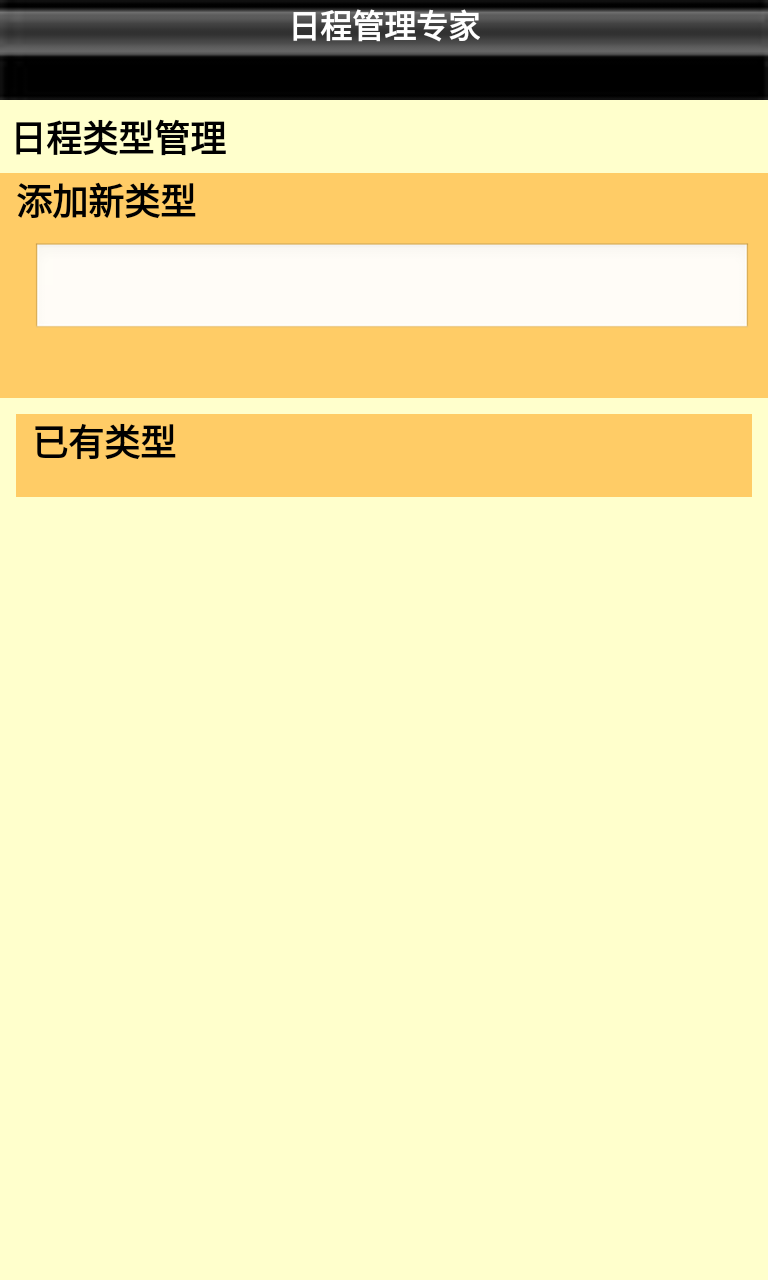
Repository: gogolaile/CoolWeather
Layout: DayDel/res/layout/add.xml
An editor plug-in stored every save of this project. The layout is shown before and after the next save, followed by the edit.
It is drawn on a 768 x 1280 px phone screen (xhdpi) without system bars, with theme android:Theme.NoTitleBar.Fullscreen; the app's code is not run. Lists and similar views that code fills are empty.

Above is the layout before, as saved 2015-12-05 10:00:12.

### DayDel/res/layout/add.xml
<LinearLayout xmlns:android="http://schemas.android.com/apk/res/android"
    android:layout_width="match_parent"
    android:layout_height="match_parent"
    android:background="#FFFFCC"
    android:orientation="vertical">

    <FrameLayout
        android:layout_width="match_parent"
        android:layout_height="50dp"
        android:background="@drawable/title">
    <TextView
        android:layout_width="wrap_content"
        android:layout_height="wrap_content"
        android:text="@string/day_manager"
        android:textSize="16sp"
        android:textColor="#FFFF"
        android:textStyle="bold"
        android:layout_gravity="center_horizontal"
        />
     </FrameLayout>
    <TextView
        android:layout_width="wrap_content"
        android:layout_height="wrap_content"
        android:text="@string/daytype_manage"
        android:textSize="18sp"
        android:textColor="#000"
        android:textStyle="bold"
        android:layout_margin="5dp"/>
      <LinearLayout
          android:layout_width="match_parent"
          android:layout_height="wrap_content"
          android:orientation="vertical"
          android:background="#FFCC66">
        <TextView
           android:layout_width="wrap_content"
           android:layout_height="wrap_content"
           android:text="@string/add_new_type"
           android:textColor="#000"
           android:textStyle="bold"
           android:textSize="18sp"
           android:layout_marginLeft="8dp"
            />
           <LinearLayout
                      android:layout_width="match_parent"
                      android:layout_height="wrap_content"
                      android:layout_margin="8dp"
                      android:orientation="horizontal">
                    <EditText
                        android:id="@+id/add_type_edit"
                        android:layout_width="match_parent"
                        android:layout_height="wrap_content"
                        android:textColor="#000"
                        android:textStyle="bold"
                        android:textSize="18sp"
                        android:layout_marginLeft="8dp"/>
                    <Button
                        android:id="@+id/add_type_button"
                        android:layout_width="wrap_content"
                        android:layout_height="wrap_content"
                        android:text="@string/add"
                        android:textColor="#000"
                        android:textStyle="bold"
                        android:textSize="18sp"
                        android:layout_gravity="left"
                      />
              </LinearLayout>
     </LinearLayout>
           <LinearLayout
          android:layout_width="match_parent"
          android:layout_height="wrap_content"
          android:orientation="vertical"
          android:background="#FFCC66"
          android:layout_marginTop="8dp"
          android:layout_marginLeft="8dp"
          android:layout_marginRight="8dp">
          <TextView
           android:layout_width="wrap_content"
           android:layout_height="wrap_content"
           android:text="@string/existing_type"
           android:textColor="#000"
           android:textStyle="bold"
           android:textSize="18sp"
           android:layout_marginLeft="8dp"
                 />
     <ListView
             android:layout_width="match_parent"
             android:layout_height="match_parent"
             android:background="#FFCC66"
             android:layout_marginLeft="5dp"
             android:layout_marginRight="5dp"
             android:layout_marginBottom="15dp">
     </ListView>
     </LinearLayout>
</LinearLayout>

### DayDel/res/values/strings.xml
<?xml version="1.0" encoding="utf-8"?>
<resources>

    <string name="app_name">DayDel</string>
    <string name="hello_world">Hello world!</string>
    <string name="action_settings">Settings</string>
    <string name="day_manager">日程管理专家</string>
    <string name="duty">已有日程</string>
    <string name="type">类型</string>
    <string name="theme">主题</string>
    <string name="remark">备注</string>
    <string name="add">添加</string>
    <string name="comeback">返回上一页</string>
    <string name="add_new_type">添加新类型</string>
    <string name="type_manager">类型管理</string>
    <string name="existing_type">已有类型</string>
    <string name="complete">完成</string>
    <string name="cancel">取消</string>
    <string name="set_the_alarm">设置闹钟</string>
    <string name="set_the_time">设置日期和时间</string>
    <string name="edit">更改</string>
    <string name="search">搜索</string>
    <string name="search_result">查找结果</string>
    <string name="limited_date_range">限定日期范围</string>
    <string name="conditions_search">按条件搜索</string>
    <string name="search_from">从指定类型中搜索</string>
    <string name="choose_all_type">选定以上所有类型</string>
    <string name="metting">会议</string>
    <string name="memo">备忘</string>
    <string name="date">约会</string>
    <string name="backlog">待办</string>
    <string name="date_changed">修改日程</string>
    <string name="date_build">新建日程</string>
    <string name="day">日期:2011/06/19</string>
    <string name="time">时间:08:00</string>
    <string name="alarm">闹钟:无闹钟</string>
    <string name="daytype_manage">日程类型管理</string>
</resources>

After the next save:
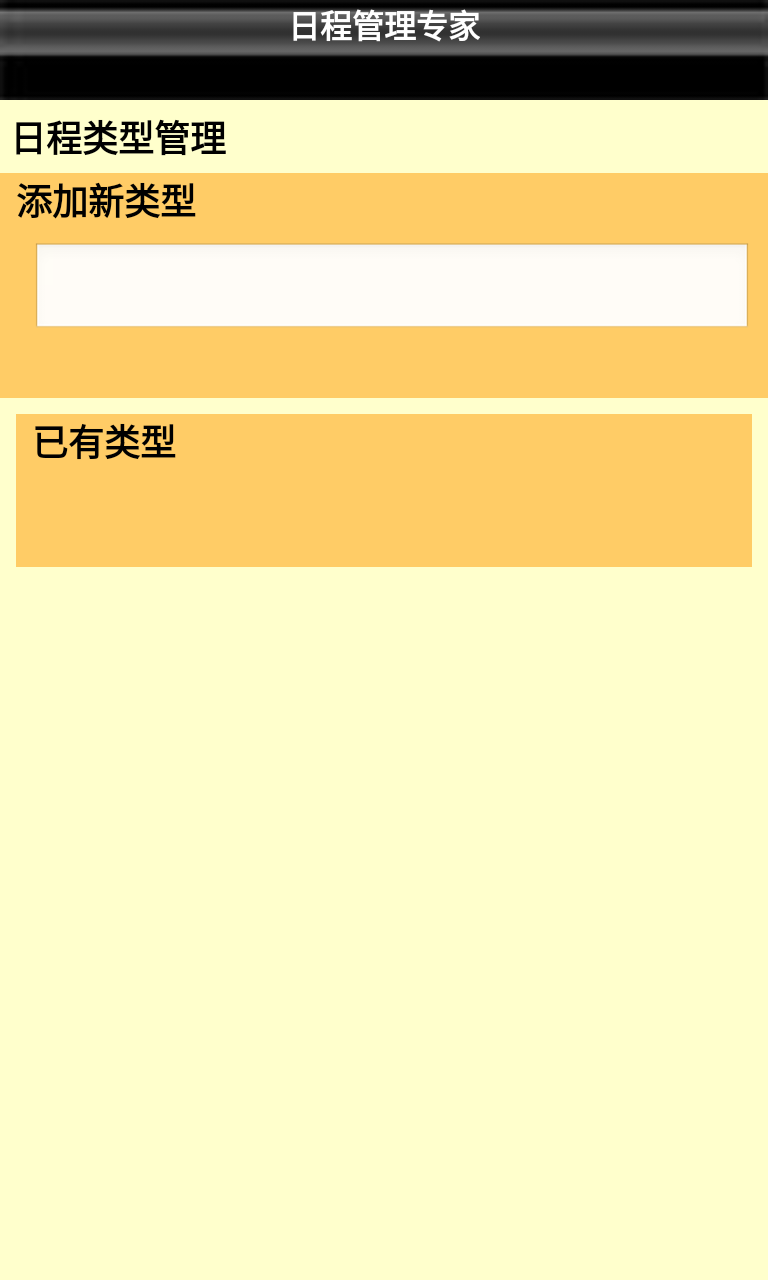
Saved 84 s later.
--- a/DayDel/res/layout/add.xml
+++ b/DayDel/res/layout/add.xml
@@ -88,7 +88,7 @@
              android:background="#FFCC66"
              android:layout_marginLeft="5dp"
              android:layout_marginRight="5dp"
-             android:layout_marginBottom="15dp">
+             android:layout_marginBottom="50dp">
      </ListView>
      </LinearLayout>
 </LinearLayout>
